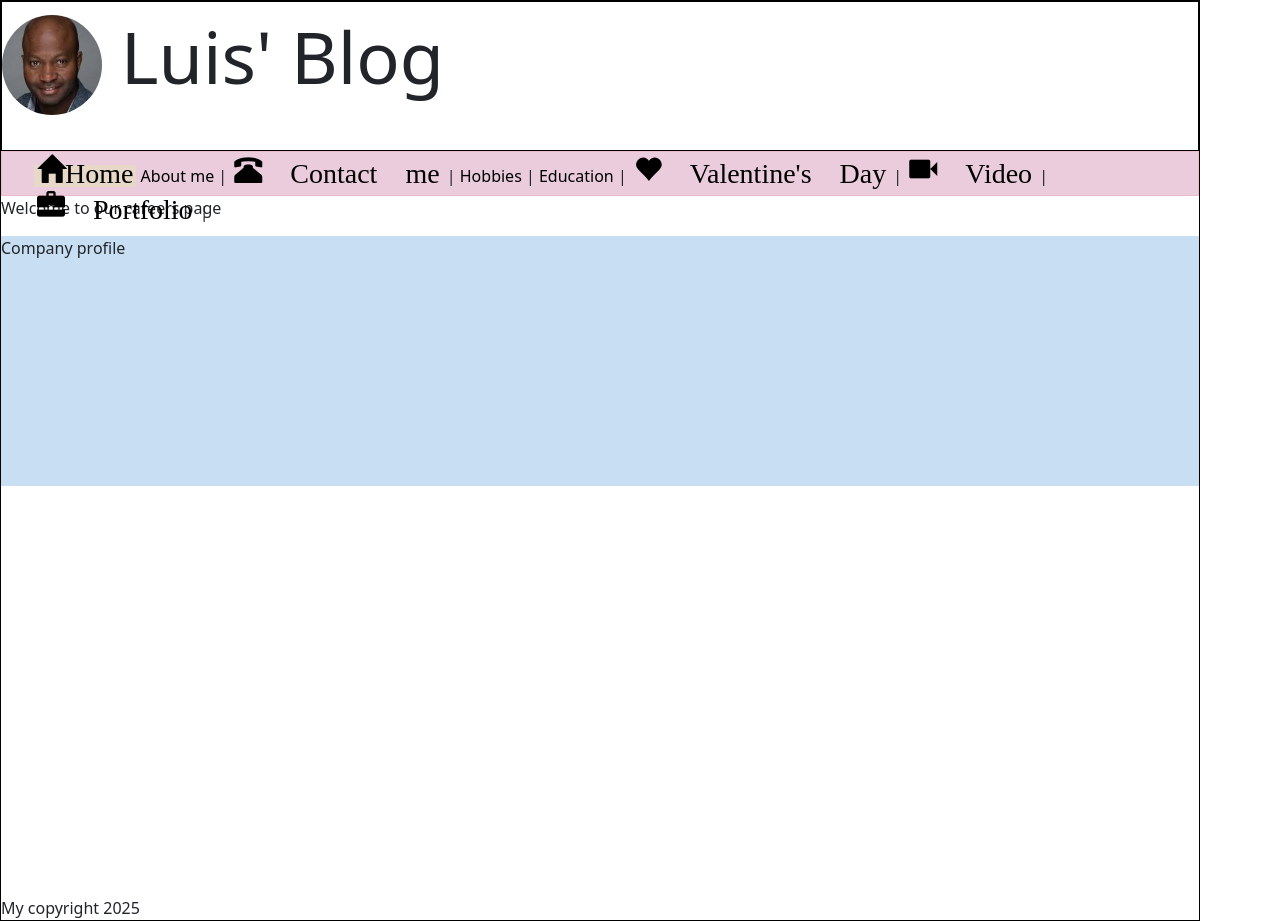
Repository: Apex-03/Apex-03.github.io
Page: careers.html
An editor plug-in stored every save of this project. The page is shown before and after the next save, followed by the edit.
The browser window is 1280 px wide. The pictures show the whole page.

Above is the page before, as saved 2025-05-02 14:00:24.

### careers.html
<!doctype html>
<html lang="en-GB">

<head>
<meta charset="utf-8" />
<meta name="viewport" content="width=width-device, initial-scale=1 strink-to-fit=no" />
<meta description="Website development, Web design" />
<title>Luis's Blog </title>
<link rel="stylesheet" type="text/css" href="mycss/myblog.css" />
<script type="text/javascript" src="myjsfiles/mytasks.js"/> </script>

<link rel="stylesheet" type="text/css" href="my_bootstrap/css/bootstrap.min.css" />

<link rel="stylesheet" type="text/css" href="glyphicons-only-bootstrap/css/bootstrap.min.css" />

<script type="text/javascript" src="my_bootstrap/js/bootstrap.min.js" /> </script>

<script type="text/javascript" src="my_jquery/jquery-3.7.1.min.js" /> </script>




</head>
<body>
<div id="mypage">
<div id="banner"> <img src="images/luis_photo.jpg" alt="photo of Luis Ibhiabor" width="100" height="100"/> Luis' Blog</div>
<div id="topnav">
<ul>
<li class="hm"> <a href="#" class="glyphicon glyphicon-home gi-2x">Home</a></li>
<li> <a href="#"> About me </a> </li> |
<li> <a href="#" class="glyphicon glyphicon-phone-alt gi-2x"> Contact me </a> </li> |
<li> <a href="#"> Hobbies </a> </li> |
<li> <a href="#"> Education </a> </li> |
<li> <a href="#" class="glyphicon glyphicon-heart gi-2x"> Valentine's Day</a> </li> |
<li> <a href="#" class="glyphicon glyphicon glyphicon-facetime-video gi-2x"> Video </a> </li> |
<li> <a href="#" class="glyphicon glyphicon glyphicon-briefcase gi-2x"> Portfolio </a> </li> |


</ul>
</div>

<div id="contentarea">
<p> Welcome to our careers page</p>

<div class="company_profile"><p>Company profile</p></div>




 </div>

<div id="pagefooter"> My copyright 2025 </div>

</div>
</body>
</html>

### mycss/myblog.css

body {
background-color: #fff;
font-family: Arial, Helvetica, sans-serif;
}

#mypage {
border: 1px solid #000;
width: 1200px;
}

#banner {
height: 150px;
border: 1px solid #000;
}

#topnav {
height: 45px;
border: 1px solid #edbcca;
}

/*Improving it starts here*/
#topnav {
background-color: #eaccdc;

}

.gi-2x{font-size: 28px; padding: 3px;}
.gi-3x{font-size: 3em;}
.gi-4x{font-size: 4em;}
.gi-5x{font-size: 5em;}


#banner img {
border-radius: 50%;

/*height: 100px; width: 100px; background-color: #ff5733; margin: auto;*/
}

/*Improving it ends here*/


#topnav ul li{
text-decoration: none;
display: inline;
}

#topnav a:link {
text-decoration: none;
color: #000;
}

#topnav a:visited {
color: #caadce;
}

#topnav a:hover {
background-color: #000;
}

#contentarea {
height: 700px;

}


#banner {
font-size: 450%;

}

.hm {
height: 25px;
background-color: #e8d8c8;
}










/*
#topnav ul li {
text-decoration: none;
display: inline;

}

https://developers.google.com/fonts/docs/getting_started

#mypage {


border: 1px solid #000;
}

*/

.company_profile {
    width: 100%;
    height: 250px;
    background-color: #c8def2;
}

### myjsfiles/mytasks.js
/*
document.write("Hello World!");
window.alert("Welcome to my blog!");
*/

Loaded but not shown: my_bootstrap/css/bootstrap.min.css (library); glyphicons-only-bootstrap/css/bootstrap.min.css (library); my_bootstrap/js/bootstrap.min.js (library); my_jquery/jquery-3.7.1.min.js (library)

After the next save:
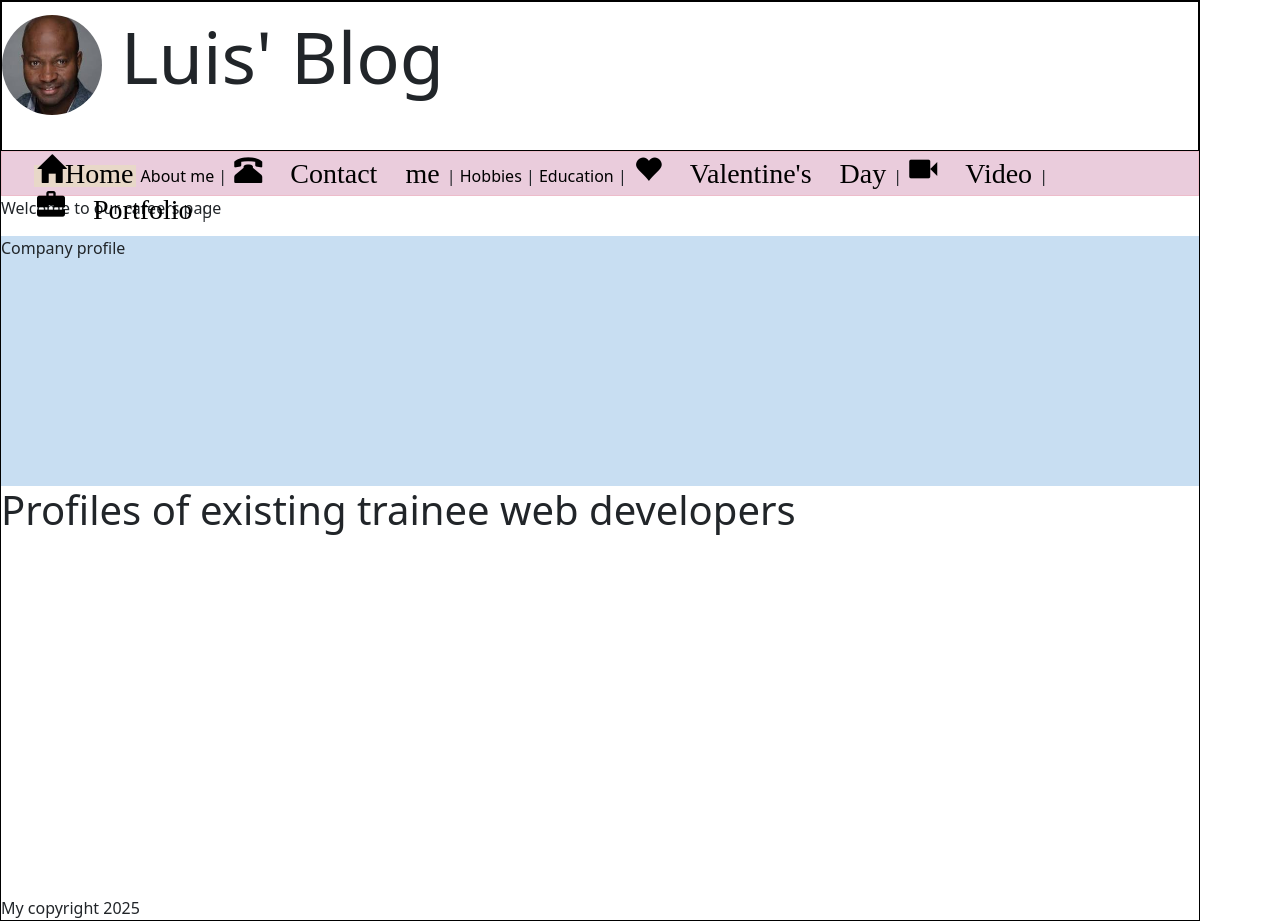
Saved 2 min 30 s later.
--- a/careers.html
+++ b/careers.html
@@ -44,6 +44,7 @@
 
 <div class="company_profile"><p>Company profile</p></div>
 
+<div class="current_trainees"><h1>Profiles of existing trainee web developers</h1></div>
 
 
 
